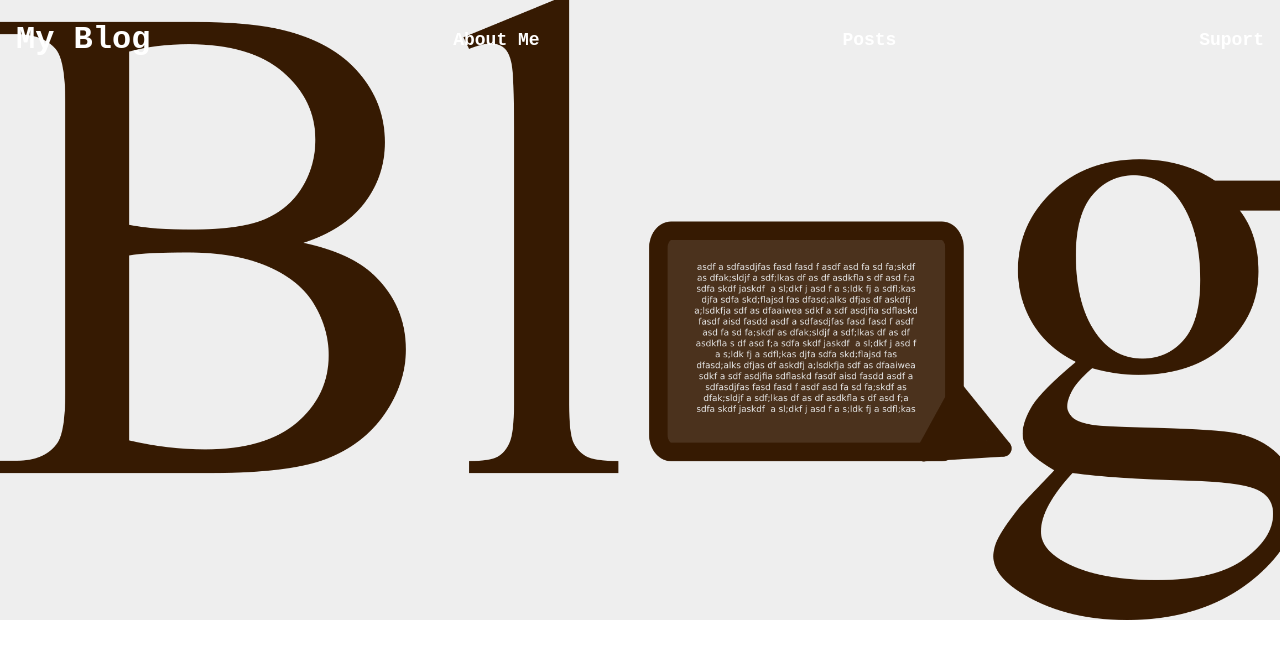
Repository: LublubXT/Azi-Tec-Team
Page: views/templates/blogs/personalblog/home.html
These files come from the project's save history. The page is drawn as it stood at one moment and after the next save; the edit follows.
The browser window is 1280 px wide. The pictures show the whole page.

Above is the page before, as saved 2021-03-11 07:05:22.

### views/templates/blogs/personalblog/home.html
<!DOCTYPE html>
<html lang="en">

    <head>
        <meta charset="UTF-8">
        <meta http-equiv="X-UA-Compatible" content="IE=edge">
        <meta name="viewport" content="width=device-width, initial-scale=1.0">

        <!-- import style sheet file -->
        <link rel="stylesheet" href="css/style.css">
        <link rel="stylesheet" href="css/bootstrap.min.css">


        <title>My Blog</title>
    </head>

    <body>
        <div class="header imgDiv"
            style="background-color: #eeeeee; background-image: url('img/blog.png'); background-size: cover; padding: ">
            <div class="navbar nav">
                <li class="nav-item">
                    <a href="#" class="nav-link mainlink">My Blog</a>
                </li>
                <li>
                    <a href="#" class="nav-link link">About Me</a>
                </li>
                <li>
                    <a href="#" class="nav-link link">Posts</a>
                </li>
                <li>
                    <a href="#" class="nav-link link">Suport</a>
                </li>

            </div>
        </div>

    </body>

</html>

### views/templates/blogs/personalblog/css/style.css
body {
    margin: 0px;
    padding: 0px;
}

.header {
    max-width: 100%;
    height: 620px;
}

.imgDiv {
    background-color: rgb(200, 200, 200);
    margin: 0px;
    z-index: 0;
}


.navbar {
    background-color: transparent;
    max-width: 100%;
    height: 50px;
    color: white;
    z-index: 3;
    position: sticky;
    top: 0px;
    left: 0px;
}

.mainlink {
    color: white;
    font-family: 'Courier New', Courier, monospace;
    font-weight: bolder;
    background: transparent;
    font-size: xx-large;
}

.link {
    color: white;
    font-family: 'Courier New', Courier, monospace;
    font-weight: bolder;
    background: transparent;
    font-size: large;
    float: right;
    margin: 0px;
}

Loaded but not shown: views/templates/blogs/personalblog/css/bootstrap.min.css (library)

After the next save:
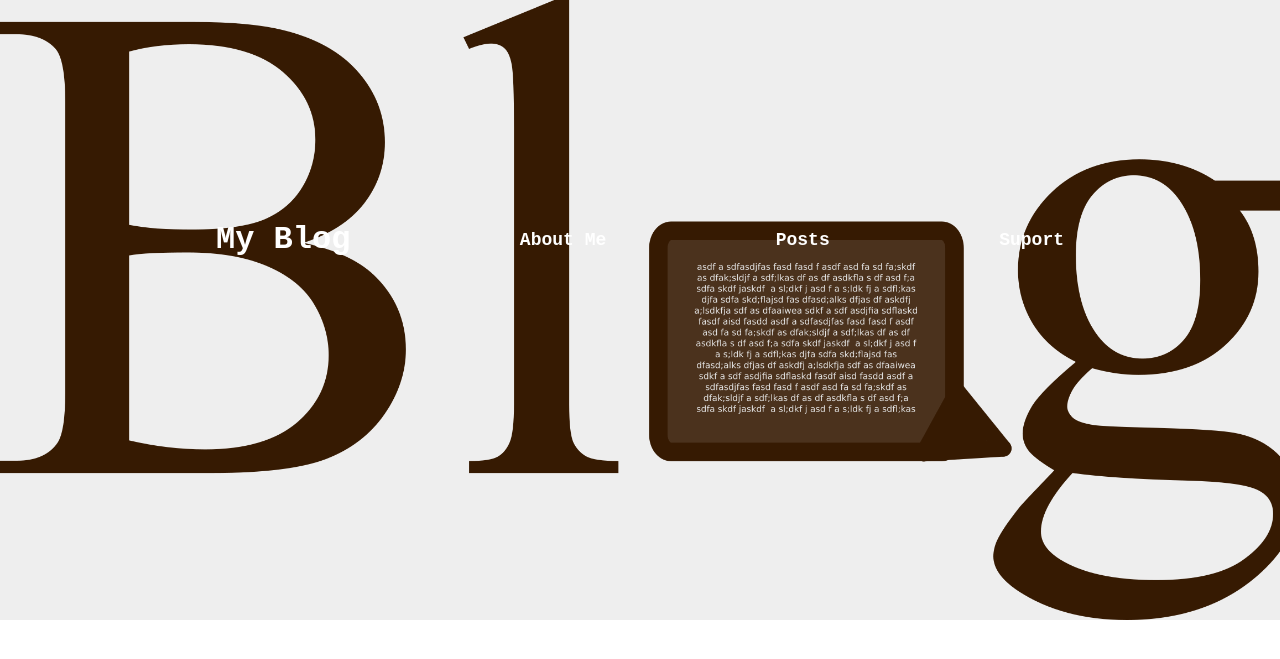
Saved 5 s later.
--- a/views/templates/blogs/personalblog/home.html
+++ b/views/templates/blogs/personalblog/home.html
@@ -16,7 +16,7 @@
 
     <body>
         <div class="header imgDiv"
-            style="background-color: #eeeeee; background-image: url('img/blog.png'); background-size: cover; padding: ">
+            style="background-color: #eeeeee; background-image: url('img/blog.png'); background-size: cover; padding: 200px;">
             <div class="navbar nav">
                 <li class="nav-item">
                     <a href="#" class="nav-link mainlink">My Blog</a>
